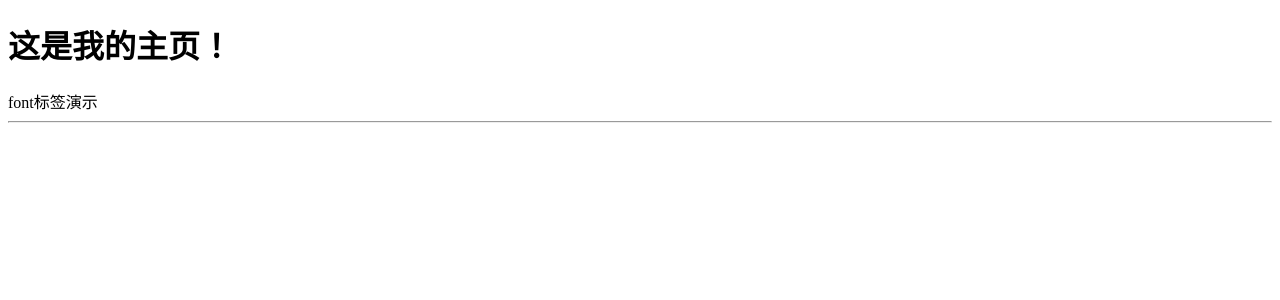
Repository: tangchengjingwen/javaLearningCode
Page: javaLearningCode/day29_html/font.html
These files come from the project's save history. The page is drawn as it stood at one moment and after the next save; the edit follows.
The browser window is 1280 px wide. The pictures show the whole page.

Above is the page before, as saved 2012-05-13 03:48:54.

After the next save:
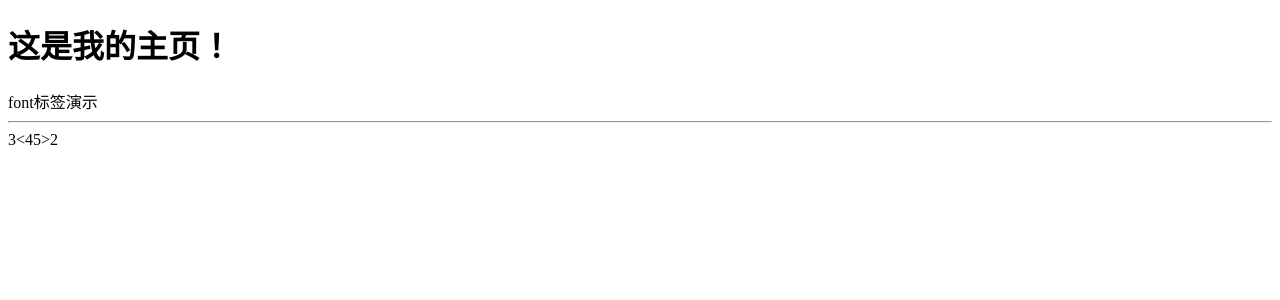
Saved 24 s later.
--- a/javaLearningCode/day29_html/font.html
+++ b/javaLearningCode/day29_html/font.html
@@ -9,6 +9,6 @@
 		<font color="#000000">font标签演示</font>
 		<hr/>
 
-
+		3<45>2
 	</body>
 </html>
